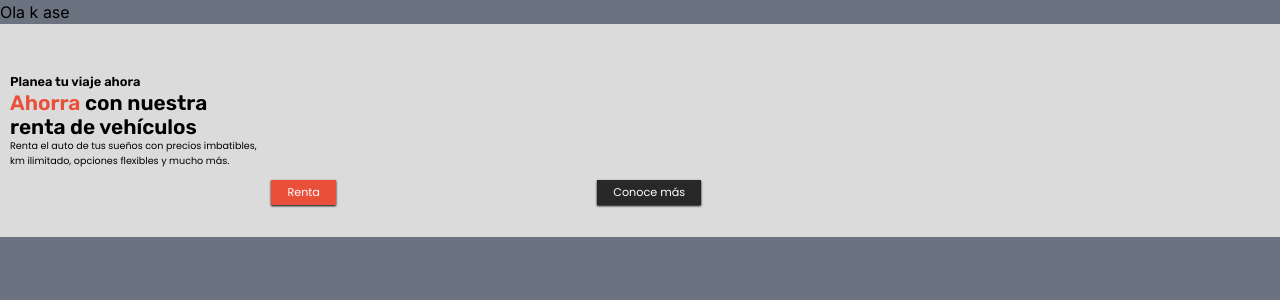
Repository: aldovelacasas/PF_RentCar2
Page: /homePage
An editor plug-in stored every save of this project. The page is shown before and after the next save, followed by the edit.
The browser window is 1280 px wide. The pictures show the whole page.
The project was rebuilt for these pictures with package versions that can differ from the ones it lists, and the page was loaded fresh each time. The framework's server and built-in components were replaced by stand-ins that run in the browser. Also part of the build but not shown: next.config.js.

Above is the page before, as saved 2023-08-29 19:26:24.

### src/app/layout.jsx
import "./globals.css";
import { Inter } from "next/font/google";

const inter = Inter({ subsets: ["latin"] });

export const metadata = {
  title: "Create Next App",
  description: "Generated by create next app",
};

export default function RootLayout({ children }) {
  return (
    <html lang="en">
      <body className={inter.className}>
        <h1>Ola k ase</h1>
        <div className="h-[calc(100vh-5rem)]">{children}</div>
      </body>
    </html>
  );
}

### src/app/homePage/page.jsx
import { Rubik, Poppins } from "next/font/google";

const fontRubik = Rubik({
  weight: "600",
  subsets: ["latin"],
});

const fontPoppins = Poppins({
  weight: "400",
  subsets: ["latin"],
});
const poppins = fontPoppins.className;
const rubik = fontRubik.className;

function HomePage() {
  return (
    <div className={`bg-gris_fondo ${rubik} space-y-0 space-x-2.5`}>
      <p className={`pt-12 ml-2.5 text-[0.8em]`}>Planea tu viaje ahora</p>
      <p className="text-[1.3em]  leading-6">
        <span className="text-naranja_enf">Ahorra </span>
        con nuestra
      </p>
      <p className="text-[1.3em] leading-6">renta de vehículos</p>
      <div>
        <p className={`${poppins} text-[0.6em]`}>
          Renta el auto de tus sueños con precios imbatibles,
        </p>
        <p className={`${poppins} text-[0.6em]`}>
          km ilimitado, opciones flexibles y mucho más.
        </p>
        <div className="flex place-content-evenly w-3/4 mt-3 pb-8">
          <a
            href="#form"
            className={`bg-naranja_enf text-white text-[0.7em] px-4 py-1 ${poppins} shadow-sm shadow-black`}>
            Renta
          </a>
          <a
            href="#form"
            className={`bg-negro_fondo text-white text-[0.7em] px-4 py-1 ${poppins} shadow-sm shadow-black`}>
            Conoce más
          </a>
        </div>
      </div>
    </div>
  );
}

export default HomePage;

### src/app/api/products/[id]/route.js
import { NextResponse } from "next/server";
import {conn} from "@/libs/mysql"

export async function GET(request,{params}){
  try {
    const result = await conn.query("SELECT * FROM product WHERE id = ?", [params.id])
    if(result.length === 0 ){
        return NextResponse.json(
         {
            message: "producto no encontrado",
         },
         {
            status:404,
         }
        );
    }
    return NextResponse.json(result[0])
  } catch (error) {
    return NextResponse.json(
        {
            message:error.message,
        },
        {status: 500}
    )
  }
}

export async function DELETE (request,{params} ){
    try {
     const result = await conn.query("DELETE FROM product WHERE id = ?", [params.id]);
     if(result.affectedRows === 0){
         return NextResponse.json({message:"Producto no encontrado"},{status:404})
     }

     return new Response (null, {status: 204})
 } catch (error) {
     return NextResponse.json({message:error.message},{status:500})
 }
    }

export async  function PUT(request, {params}){
   try {
    const data = await request.json()
    const result = await conn.query("UPDATE product SET ? WHERE id = ?", [data , params.id])

    if (result.affectedRows === 0) {
        return NextResponse.json(
        {
            message: "producto no encontrado",
        },
        {
            status: 400,
        }
        )
    }
     const updateProduct = await conn.query("SELECT * FROM product WHERE id = ?", [params.id])

  return NextResponse.json(updateProduct[0])

   } catch (error) {
    return NextResponse.json(
        {
            message: error.message,
        },
        { status: 500}
    )
   }
}

### src/app/api/products/route.js
import { NextResponse } from "next/server";
import {conn} from "@/libs/mysql";

export async function GET(){
    try {
        const results = await conn.query("SELECT * FROM product");
        return NextResponse.json(results)

    } catch (error) {
        return NextResponse.json(
        {
          message: error.message,
        },
        {
            status:500,
        }

        );
    }
}

    export async function POST (request) {
  try {
    const {name, price, year, model, capacity, type, description, image, transmission,  }= await request.json();

    const result  = await conn.query("INSERT INTO product SET ?", {
        name,
        price,
        year,
        model,
        capacity,
        type,
        transmission,
        image,
        description

    })

    return NextResponse.json({
        name,
        price,
        year,
        model,
        capacity,
        type,
        transmission,
        image,
        description,
        id: result.insertId,

    })

  } catch (error) {
    console.log(error);
    return NextResponse.json(
    {
        message: error.message,
    },
    {
        status:500,
    }
    );
  }

}

### src/app/globals.css
@tailwind base;
@tailwind components;
@tailwind utilities;

body {
   @apply bg-gray-500; /* Fondo más claro */
   color: gray-800; /* Texto oscuro */
}

### tailwind.config.js
/** @type {import('tailwindcss').Config} */
module.exports = {
  content: [
    "./src/pages/**/*.{js,ts,jsx,tsx,mdx}",
    "./src/components/**/*.{js,ts,jsx,tsx,mdx}",
    "./src/app/**/*.{js,ts,jsx,tsx,mdx}",
  ],
  theme: {
    extend: {
      backgroundImage: {
        "gradient-radial": "radial-gradient(var(--tw-gradient-stops))",
        "gradient-conic":
          "conic-gradient(from 180deg at 50% 50%, var(--tw-gradient-stops))",
      },
      colors: {
        gris_fondo: "#dbdbdb",
        gris_frente: "#e9e9e9",
        negro_fondo: "#282828",
        naranja_enf: "#ea4f39",
        rojo_status: "#e30613",
        verde_status: "#4aaf4d",
        amarillo_status: "#f0e400",
      },
    },
  },
  plugins: [],
};

Loaded but not shown: src/app/api/bookings/[id]/route.js (no copy from this time; the picture is the same without it); src/app/api/bookings/route.js (no copy from this time; the picture is the same without it); src/app/api/create-payment-intent/route.js (no copy from this time; the picture is the same without it); src/app/api/post/[id]/route.js (no copy from this time; the picture is the same without it); src/app/api/post/route.js (no copy from this time; the picture is the same without it); src/app/api/users/[id]/route.js (no copy from this time; the picture is the same without it); src/app/api/users/route.js (no copy from this time; the picture is the same without it)

After the next save:
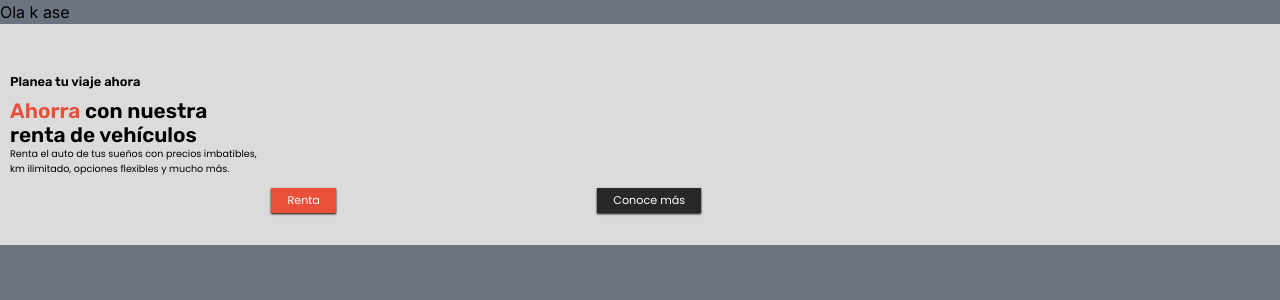
Saved 19 s later.
--- a/src/app/homePage/page.jsx
+++ b/src/app/homePage/page.jsx
@@ -15,7 +15,7 @@ const rubik = fontRubik.className;
 function HomePage() {
   return (
     <div className={`bg-gris_fondo ${rubik} space-y-0 space-x-2.5`}>
-      <p className={`pt-12 ml-2.5 text-[0.8em]`}>Planea tu viaje ahora</p>
+      <p className={`pt-12 ml-2.5 text-[0.8em] mb-2`}>Planea tu viaje ahora</p>
       <p className="text-[1.3em]  leading-6">
         <span className="text-naranja_enf">Ahorra </span>
         con nuestra
